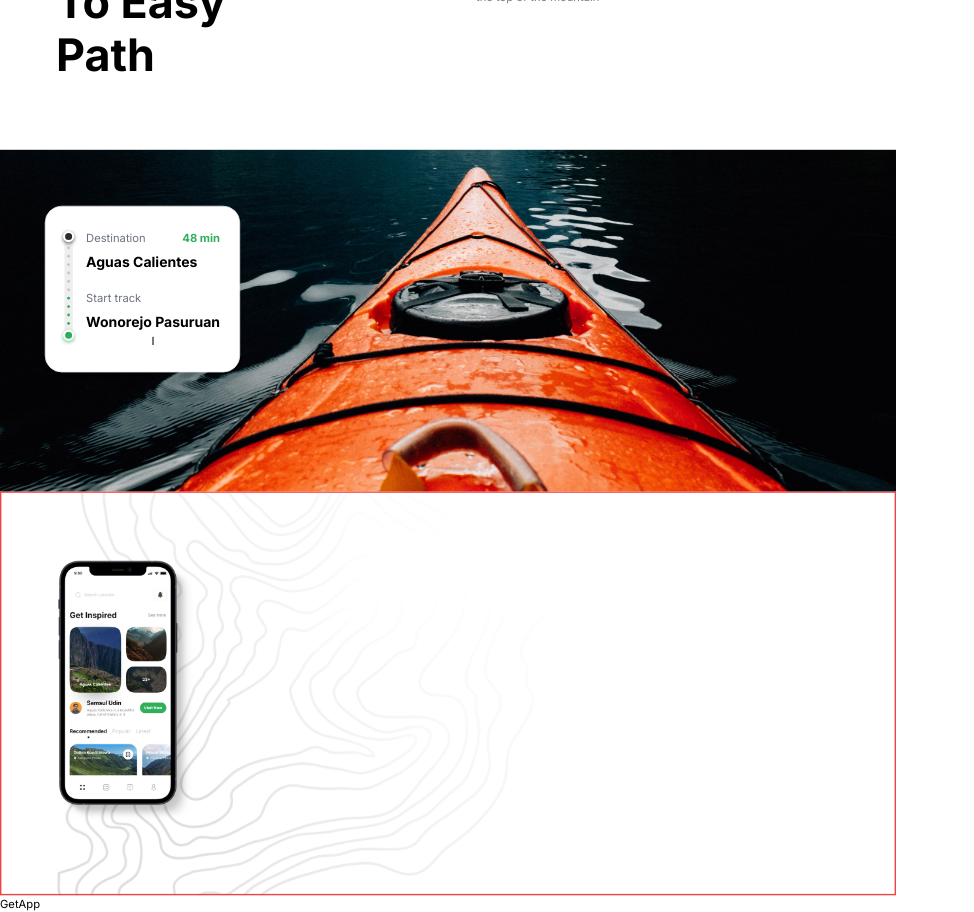
Repository: abdulrahmanmahmood/Travel-App
Page: /
An editor plug-in stored every save of this project. The page is shown before and after the next save, followed by the edit.
The browser window is 1280 px wide. The page is 1392 px wide, so the pictures cover 1392 px, including what lies to the right of the window. The pictures show the part of the page from y = 1970 to 3730 px (the page is 3273 px tall before and 3730 px after), at 70% of full size.
The project was rebuilt for these pictures with package versions that can differ from the ones it lists, and the page was loaded fresh each time. The framework's server and built-in components were replaced by stand-ins that run in the browser. Also part of the build but not shown: next.config.js.

Above is the page before, as saved 2023-11-08 11:30:57.

### app/layout.tsx
import './globals.css'
import type { Metadata } from 'next';
import './globals.css'
import Navbar from '@/components/Navbar';


export const metadata: Metadata = {
  title: 'Travel',
  description: 'Travel UI/UX App for camping',
}

export default function RootLayout({
  children,
}: {
  children: React.ReactNode
}) {
  return (
    <html lang="en">
      <body >
        <Navbar/>
        {children}
      </body>
    </html>
  )
}

### app/page.tsx
import Features from "@/components/Features"
import GetApp from "@/components/GetApp"
import Guide from "@/components/Guide"
import Hero from "@/components/Hero"
import Camp from "@/components/camp"

export default function Home() {
  return (
    <>
    <Hero/>
    <Camp/>
    <Guide/>
    <Features/>
    <GetApp/>
 </>
  )
}

### components/Navbar.tsx
import { NAV_LINKS } from "@/constants";
import Image from "next/image";
import Link from "next/link";
import Button from "./Button";

const Navbar = () => {
  return (
    <nav
      className=" flexBetween max-container padding-container relative z-30
    py-5"
    >
      <Link href="/">
        <Image src="/hilink-logo.svg" alt="logo" width={74} height={28} />
      </Link>
      <ul className="hidden h-full gap-12 lg:flex">
        {NAV_LINKS.map((link) => (
          <Link
            href={link.href}
            key={link.key}
            className="regular-16 text-gray-50 flexCenter cursor-pointer pb-1.5 transition-all hover:font-bold"
          >
            {link.label}
          </Link>
        ))}
      </ul>
      <div className="lg:flexCenter  hidden ">
        <Button
          type="button"
          title="Login"
          icon="/user.svg"
          variant="btn_dark_green"
        />
      </div>
      <Image
        src="/menu.svg"
        alt="menu"
        width={32}
        height={32}
        className="inline-block cursor-pointer lg:hidden"
      />
    </nav>
  );
};

export default Navbar;

### components/Features.tsx
import Image from "next/image"


function Features() {
  return (
    <section className="border-2 border-red-500 flex-col  flexCenter overflow-hidden bg-feature-bg bg-center bg-no-repeat py-24">
      <div className="max-container padding-container relative w-full justify-end">
        <div>
          <Image src='/phone.png' alt="phone" height={1000} width={200}/>
        </div>
      </div>

    </section>
  )
}

export default Features

### components/GetApp.tsx


function GetApp() {
  return (
    <div>GetApp</div>
  )
}

export default GetApp

### components/Guide.tsx
import Image from "next/image";

function Guide() {
  return (
    <section className="flexCenter flex-col">
      <div className=" padding-container max-container w-full pb-24  ">
        <Image src="/camp.svg" alt="camp" width={50} height={50} />
        <p className="uppercase text-xl bold text-green-500 -mt-1 mb-3 ">
          WE ARE here FOR YOU
        </p>
        <div className="flex flex-wrap justify-between gap-5 lg:gap-10">
          <h2 className="capitalize  bold-40 lg:bold-64 xl:max-w-[390px]">
            Guide You to Easy Path
          </h2>
          <p className=" regular-16 text-gray-30 xl:max-w-[520px]">
            Only with the hilink application you will no longer get lost and get
            lost again, because we already support offline maps when there is no
            internet connection in the field. Invite your friends, relatives and
            friends to have fun in the wilderness through the valley and reach
            the top of the mountain
          </p>
        </div>
      </div>
      <div className=" flexCenter max-container relative w-full ">
        <Image
          src="/boat.png"
          alt="image"
          width={1440}
          height={580}
          className="w-full object-cover object-center 2xl:rounded-5"
        />
        <div className="absolute flex bg-white py-8 pl-5 pr-7 gap-3 rounded-3xl border shadow-md md:left-[5%] lg:top-20">
          <Image src='/meter.svg' alt="meter" width={15} height={158} className="h-full w-auto"/>
          <div className="flexBetween flex-col ">
            <div className="flex w-full flex-col">
              <div className="flexBetween w-full ">
                <p className="regular-16 text-gray-500">Destination</p>
                <p className="bold-16 text-green-50">48 min</p>
              </div>
              <p className="bold-20 mt-2 mb-2 ">Aguas Calientes</p>
            </div>
            <div className="flex w-full flex-col">
              <p className="regular-16 text-gray-500 mt-4">Start track</p>
              <h4 className="bold-20 mt-2 whitespace-nowrap">Wonorejo Pasuruan</h4>
            </div>
          I</div>
        </div>
      </div>
    </section>
  );
}

export default Guide;

### components/Hero.tsx
import Image from "next/image";
import Button from "./Button";

function Hero() {
  return (
    <section
      className="max-container padding-container flex flex-col gap-20
    py-10 pb-32 md:gap-27 lg:py-20  xl:flex-row"
    >
      <div className="hero-map" />
      {/* LEFT */}
      <div className="relative z-20 flex flex-1 flex-col xl:w-1/2">
        <Image
          src="/camp.svg"
          alt="camp"
          width={50}
          height={50}
          className="absolute left-[-5px] top-[-30px] w-10 lg:w-[50px]"
        />
        <h1 className="bold-52 lg:bold-88">Putuk Truno Camp Area</h1>
        <p className="regular-16 mt-6 text-gray-30 xl:max-w-[520px]">
          We want to be on each of your journeys seeking the satisfaction of
          seeing the incorruptible beauty of nature. We can help you on an
          adventure around the world in just one app
        </p>
        <div className="my-11 flex flex-wrap gap-5">
          <div className="flex items-center gap-2">
            {Array(5)
              .fill(1)
              .map((_, index) => (
                <Image
                  key={index}
                  src="/star.svg"
                  alt="star"
                  width={24}
                  height={24}
                />
              ))}
          </div>
          <p className="bold-16 lg:bold-20 text-blue-70">
            198k
            <span className="regular-16 lg:regular-20 ml-1 ">
              Excellent Reviews
            </span>
          </p>
        </div>
        <div className="flex flex-col w-full gap-3 sm:flex-row">
          <Button
            type={"button"}
            title={"Download App"}
            variant={"btn_green"}
          />
          <Button
            type={"button"}
            title={"How we work?"}
            variant={"btn_white_text"}
            icon="/play.svg"
          />
        </div>
      </div>
      <div className="relative flex flex-1 items-start ">
        <div className="relative z-20 w-[268px] flex-col gap-8 rounded-3xl bg-green-90 px-7 py-8">


          <div className="fle flex-col">

            <div className="flexBetween">
              <p className="regular-16 text-gray-20">Location</p>
              <Image src="/close.svg" alt="close" width={24} height={24} />
            </div>
            <p className="bold-20 text-white">Aguas Calientes</p>


          </div>


          <div className="flexBetween  pt-4">
            <div className="flex flex-col">
              <p className="regular-16 block text-gray-20">Distance</p>
              <p className="bold-20 text-white">173.28 mi</p>
            </div>
            <div className="flex flex-col">
              <p className="regular-16 block text-gray-20">Elevation</p>
              <p className="bold-20 text-white">2.040 km</p>
            </div>
          </div>
        </div>
      </div>
    </section>
  );
}

export default Hero;

### components/camp.tsx
import { PEOPLE_URL } from "@/constants";
import Image from "next/image";
import { type } from "os";

interface CampProps {
  backgroundImage: string;
  title: string;
  subtitle: string;
  peoplejoined: string;
}

const CampSite = ({
  backgroundImage,
  title,
  subtitle,
  peoplejoined,
}: CampProps) => {
  return (
    <div
      className={`h-full w-full min-w-[1100px] ${backgroundImage} bg-cover bg-no-repeat lg:rounded-r-5xl 2xl:rounded-5xl `}
    >
      <div className="flex h-full flex-col items-start justify-between p-6 lg:px-20 lg:py-10 ">
        <div className=" flexCenter gap-4">
          <div className="rounded-full bg-green-50 p-4">
            <Image src="/folded-map.svg" alt="folded" height={28} width={28} />
          </div>
          <div className="flex flex-col gap-1">
            <h4 className="bold-18 text-white">{title}</h4>
            <p className="regular-14 text-white">{subtitle}</p>
          </div>
        </div>
        <div className="flexCenter gap-6 ">
          <span className="flex -space-x-4 overflow-hidden">
            {PEOPLE_URL.map((url, index) => (
              <Image
                src={url}
                key={index}
                height={53}
                width={53}
                alt="alt"
                className="inline-block h-10 w-10 r-4"
              />
            ))}
          </span>
          <p className="bold-16 md:bold-20 text-white">{peoplejoined}</p>
        </div>
      </div>
    </div>
  );
};

function camp() {
  return (
    <section className=" 2xl:max-container relative flex flex-col py-10 lg-mb-10 lg:py-20 xl:mb-20">
      <div className="hide-scrollbar flex h-[340px] w-full items-start justify-start gap-8 overflow-x-auto lg:h[400px] xl:h-[640px]">
        <CampSite
          backgroundImage="bg-bg-img-1"
          title="Putuk Truno Camp"
          subtitle="Prigen, Pasuruan"
          peoplejoined="50+ Joined"
        />
        <CampSite
          backgroundImage="bg-bg-img-2"
          title="Mountain View Camp"
          subtitle="Somewhere in the Wilderness"
          peoplejoined="50+ Joined"
        />
      </div>

      <div className=" flexEnd  mt-10 px-6 lg:-mt-60 lg:mr-6 ">
        <div
          className="bg-green-50 p-8 lg:max-w-[500px] xl:max-[734px]
        xl:rounded-5xl xl:px-16 px:py-20 relative w-full overflow-hidden rounded-3xl "
        >
          <h2 className="regular-24 md:regular-32 2xl:regular-64 text-white capitalize">
            <strong>Feeling Lost</strong> And Not Knowing The Way?
          </h2>
          <p className="regular-14 xl:regular-16 mt-5 text-white">
            Starting from the anxiety of the climbers when visiting a new
            climbing location, the possibility of getting lost is very large.
            That's why we are here for those of you who want to start an
            adventure
          </p>
          <Image src='/quote.svg'
          alt="camp-2"
          width={186}
          height={219}
          className="camp-quote"
          />
        </div>
      </div>
    </section>
  );
}

export default camp;

### constants/index.ts
export const NAV_LINKS = [
  {href:"/", key:"home", label:"home"},
  { href: '/', key: 'how_hilink_work', label: 'How Hilink Work?' },
  { href: '/', key: 'services', label: 'Services' },
  { href: '/', key: 'pricing ', label: 'Pricing ' },
  { href: '/', key: 'contact_us', label: 'Contact Us' },
]

export const PEOPLE_URL = [
  '/person-1.png',
  '/person-2.png',
  '/acpc-modified (1).png',
  '/person-4.png',
];

### components/Button.tsx
import Image from "next/image";

type ButtonProps = {
  type: "button" | "submit";
  title: string;
  icon?: string;
  variant: string;
};

function Button({ type, title, icon, variant }: ButtonProps) {
  return (
    <button
      type={type}
      className={`flexCenter gap-3 rounded-full border ${variant}`}
    >
      {icon && <Image src={icon} alt={title} width={24} height={24} />}
      <label className="bold-16 whitespace-nowrap">{title}</label>
    </button>
  );
}

export default Button;

Loaded but not shown: app/globals.css (common file); tailwind.config.ts (common file)

After the next save:
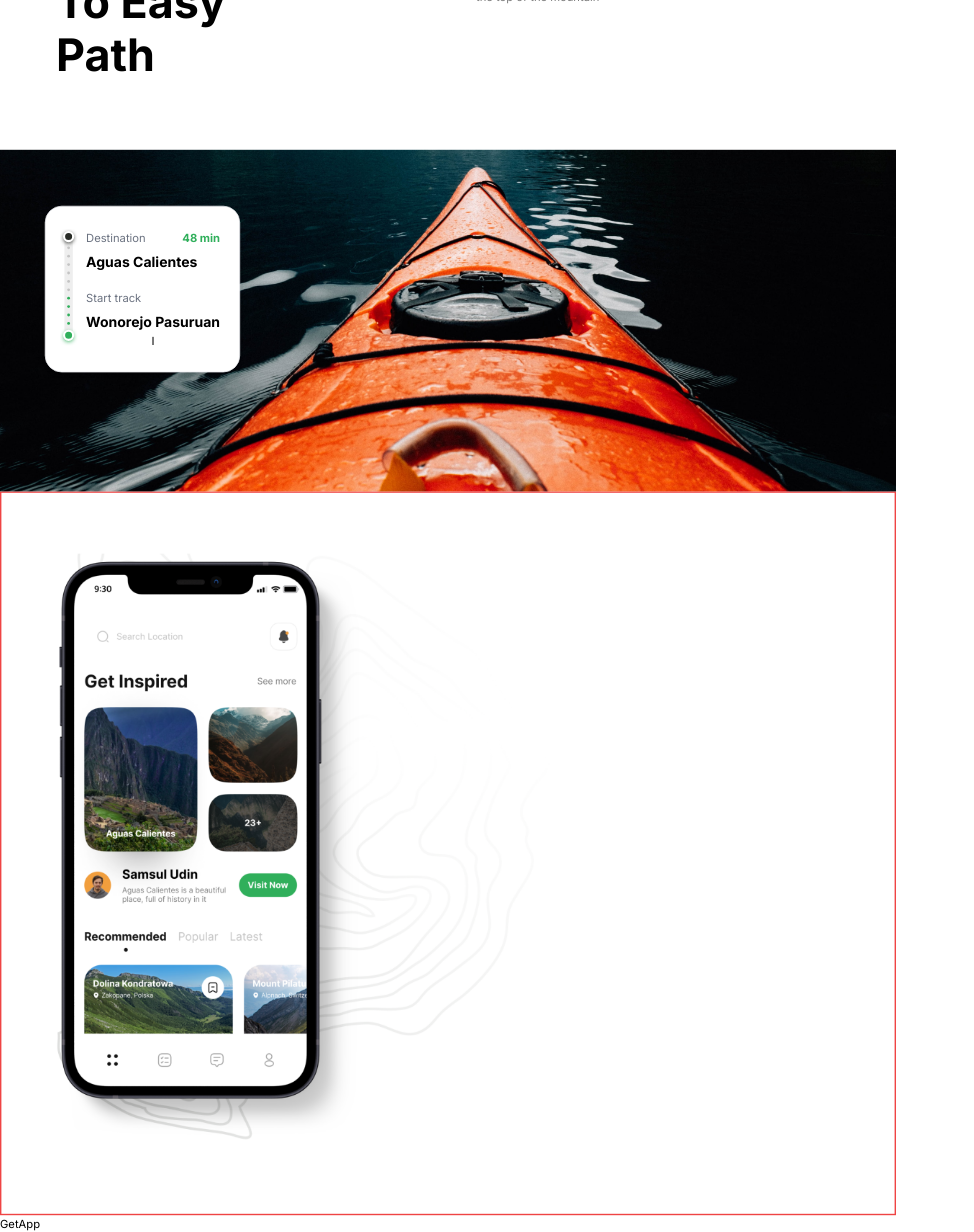
Saved 13 s later.
--- a/components/Features.tsx
+++ b/components/Features.tsx
@@ -6,7 +6,7 @@ function Features() {
     <section className="border-2 border-red-500 flex-col  flexCenter overflow-hidden bg-feature-bg bg-center bg-no-repeat py-24">
       <div className="max-container padding-container relative w-full justify-end">
         <div>
-          <Image src='/phone.png' alt="phone" height={1000} width={200}/>
+          <Image src='/phone.png' alt="phone" height={1000} width={440}/>
         </div>
       </div>
 
